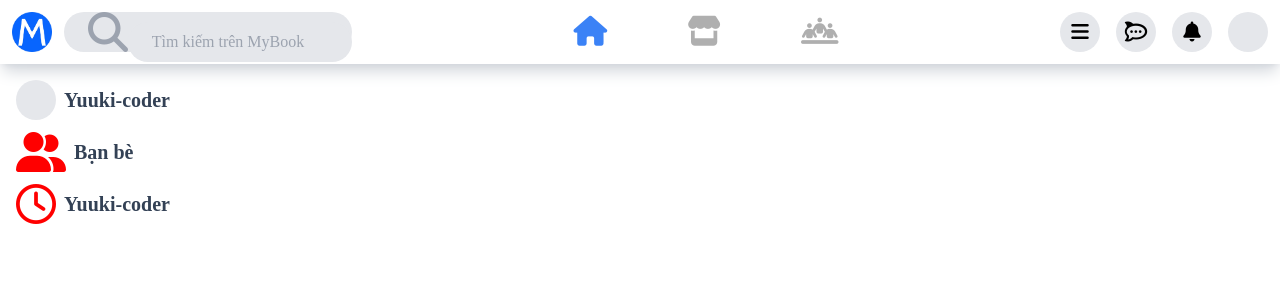
Repository: Yuukicoder/MyBook
Page: / (app in mybook/)
These files come from the project's save history. The page is drawn as it stood at one moment and after a run of saves; the edit follows.
The browser window is 1280 px wide. The pictures show the whole page.
The project was rebuilt for these pictures with package versions that can differ from the ones it lists, and the page was loaded fresh each time.

Above is the page before, as saved 2023-12-13 16:01:18.

After the next 2 saves:
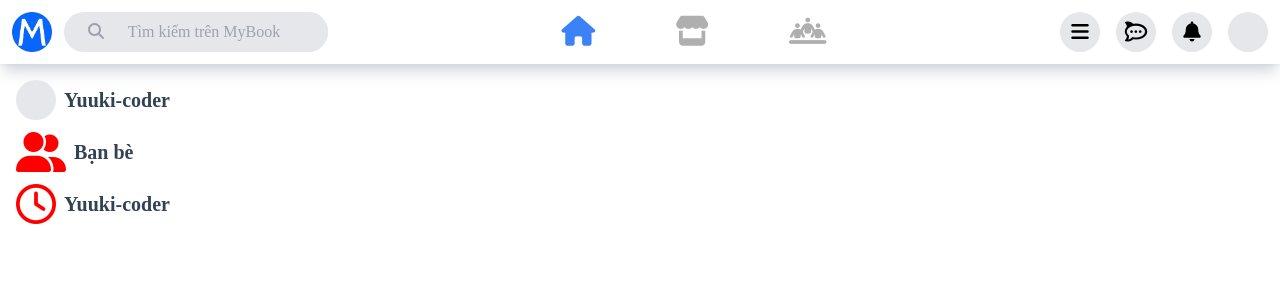
The 2 saves are shown as one change because they came seconds apart.
The last was saved 6 s later.
--- a/mybook/src/Option.css
+++ b/mybook/src/Option.css
@@ -1,5 +1,5 @@
 
- i{
+.box i{
     font-size: 40px;
     color: red;
 }
